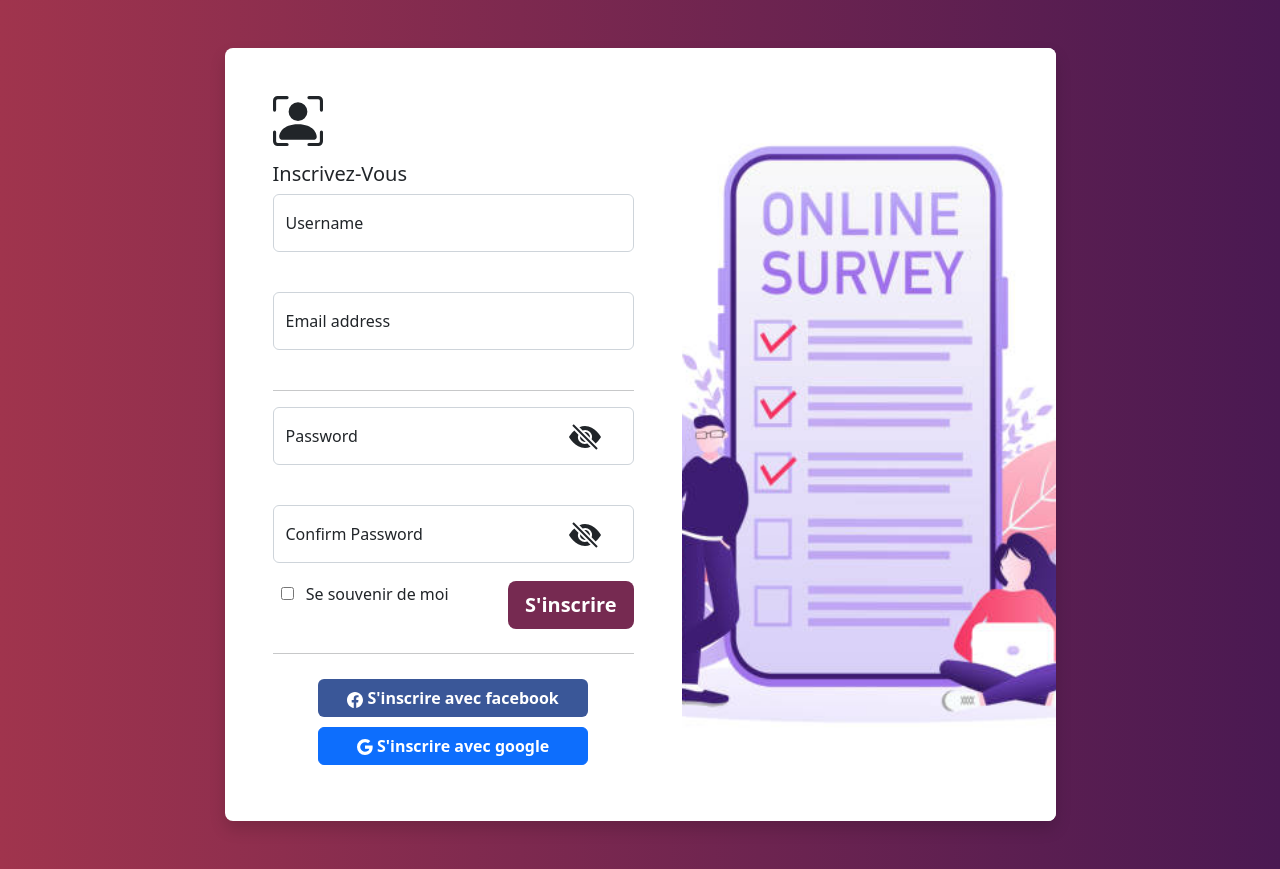
Repository: Djiamil/testsMoustaphaDER
Page: index.html
These files come from the project's save history. The page is drawn as it stood at one moment and after a run of saves; the edit follows.
The browser window is 1280 px wide. The pictures show the whole page.

Above is the page before, as saved 2022-12-09 09:50:09.

### index.html
<!DOCTYPE html>
<html lang="en">
<head>
    <meta charset="UTF-8">
    <meta http-equiv="X-UA-Compatible" content="IE=edge">
    <meta name="viewport" content="width=device-width, initial-scale=1.0">
    <title>Formulaire d'inscription Futur Digital</title>
    <link rel="stylesheet" href="https://cdn.jsdelivr.net/npm/bootstrap@5.2.3/dist/css/bootstrap.min.css" integrity="sha384-rbsA2VBKQhggwzxH7pPCaAqO46MgnOM80zW1RWuH61DGLwZJEdK2Kadq2F9CUG65" crossorigin="anonymous">
    <link rel="stylesheet" href="style.css">
</head>
<body>
    <div class="container">
        <div class="row">
          <div class="col-lg-10 col-xl-9 mx-auto">
            <div class="card flex-row my-5 border-0 shadow rounded-3 overflow-hidden">
                <div class="card-body p-4 p-sm-5">
                    <div class="d-flex flex-column">
                        <svg xmlns="http://www.w3.org/2000/svg" width="50" height="50" fill="currentColor" class="bi bi-person-bounding-box mb-3" viewBox="0 0 16 16">
                            <path d="M1.5 1a.5.5 0 0 0-.5.5v3a.5.5 0 0 1-1 0v-3A1.5 1.5 0 0 1 1.5 0h3a.5.5 0 0 1 0 1h-3zM11 .5a.5.5 0 0 1 .5-.5h3A1.5 1.5 0 0 1 16 1.5v3a.5.5 0 0 1-1 0v-3a.5.5 0 0 0-.5-.5h-3a.5.5 0 0 1-.5-.5zM.5 11a.5.5 0 0 1 .5.5v3a.5.5 0 0 0 .5.5h3a.5.5 0 0 1 0 1h-3A1.5 1.5 0 0 1 0 14.5v-3a.5.5 0 0 1 .5-.5zm15 0a.5.5 0 0 1 .5.5v3a1.5 1.5 0 0 1-1.5 1.5h-3a.5.5 0 0 1 0-1h3a.5.5 0 0 0 .5-.5v-3a.5.5 0 0 1 .5-.5z"/>
                            <path d="M3 14s-1 0-1-1 1-4 6-4 6 3 6 4-1 1-1 1H3zm8-9a3 3 0 1 1-6 0 3 3 0 0 1 6 0z"/>
                        </svg>
                        <h5 class="card-title  fw-light fs-5">Inscrivez-Vous</h5>
                    </div>
                    <form class="form" id="form">

                    <div class="form-floating mb-3">
                        <input type="text" class="form-control" id="username" placeholder="Username">
                        <label for="username">Username</label>
                        <small>Error message</small>
                    </div>

                    <div class="form-floating mb-3">
                        <input type="text" class="form-control" id="email" placeholder="Enter email">
                        <label for="floatingInputEmail">Email address</label>
                        <small>Error message</small>
                    </div>

                    <hr>

                    <div class="form-floating mb-3" >
                        <svg xmlns="http://www.w3.org/2000/svg" width="16" height="16" fill="currentColor" class="bi bi-eye-slash-fill" viewBox="0 0 16 16" id="eyes" >
                            <path d="m10.79 12.912-1.614-1.615a3.5 3.5 0 0 1-4.474-4.474l-2.06-2.06C.938 6.278 0 8 0 8s3 5.5 8 5.5a7.029 7.029 0 0 0 2.79-.588zM5.21 3.088A7.028 7.028 0 0 1 8 2.5c5 0 8 5.5 8 5.5s-.939 1.721-2.641 3.238l-2.062-2.062a3.5 3.5 0 0 0-4.474-4.474L5.21 3.089z"/>
                            <path d="M5.525 7.646a2.5 2.5 0 0 0 2.829 2.829l-2.83-2.829zm4.95.708-2.829-2.83a2.5 2.5 0 0 1 2.829 2.829zm3.171 6-12-12 .708-.708 12 12-.708.708z"/>
                        </svg>
                        <input type="password" class="form-control" id="password" placeholder="Enter password">

                        <label for="floatingPassword">Password</label>
                        <small>Error message</small>
                    </div>

                    <div class="form-floating mb-3">
                        <svg xmlns="http://www.w3.org/2000/svg" width="16" height="16" fill="currentColor" class="bi bi-eye-slash-fill" viewBox="0 0 16 16" id="eyes1">
                            <path d="m10.79 12.912-1.614-1.615a3.5 3.5 0 0 1-4.474-4.474l-2.06-2.06C.938 6.278 0 8 0 8s3 5.5 8 5.5a7.029 7.029 0 0 0 2.79-.588zM5.21 3.088A7.028 7.028 0 0 1 8 2.5c5 0 8 5.5 8 5.5s-.939 1.721-2.641 3.238l-2.062-2.062a3.5 3.5 0 0 0-4.474-4.474L5.21 3.089z"/>
                            <path d="M5.525 7.646a2.5 2.5 0 0 0 2.829 2.829l-2.83-2.829zm4.95.708-2.829-2.83a2.5 2.5 0 0 1 2.829 2.829zm3.171 6-12-12 .708-.708 12 12-.708.708z"/>
                        </svg>
                        <input type="password" class="form-control" id="password2" placeholder="Confirm your password">
                        <label for="floatingPasswordConfirm">Confirm Password</label>
                    </div>

                    <div class="d-grid mb-2 w-100 d-flex justify-content-between">
                        <div>
                            <input type="checkbox" value="" class="m-2">
                            Se souvenir de moi
                        </div>
                        <button class="btn btn-lg   fw-bold  mr-25" id="btninscription">S'inscrire</button>
                    </div>

                    <hr class="my-4">
                </form>
                <div class="d-flex justify-content-center flex-column align-items-center">
                    <div class="d-grid mb-2 w-75">
                        <button class="btn btn-facebook fw-bold ">
                            <svg xmlns="http://www.w3.org/2000/svg" width="16" height="16" fill="currentColor" class="bi bi-facebook" viewBox="0 0 16 16">
                                <path d="M16 8.049c0-4.446-3.582-8.05-8-8.05C3.58 0-.002 3.603-.002 8.05c0 4.017 2.926 7.347 6.75 7.951v-5.625h-2.03V8.05H6.75V6.275c0-2.017 1.195-3.131 3.022-3.131.876 0 1.791.157 1.791.157v1.98h-1.009c-.993 0-1.303.621-1.303 1.258v1.51h2.218l-.354 2.326H9.25V16c3.824-.604 6.75-3.934 6.75-7.951z"/>
                            </svg>
                            S'inscrire avec facebook
                        </button>
                    </div>
                    <div class="d-grid mb-2 w-75">
                        <button class="btn btn-primary fw-bold ">
                            <svg xmlns="http://www.w3.org/2000/svg" width="16" height="16" fill="currentColor" class="bi bi-google" viewBox="0 0 16 16">
                                <path d="M15.545 6.558a9.42 9.42 0 0 1 .139 1.626c0 2.434-.87 4.492-2.384 5.885h.002C11.978 15.292 10.158 16 8 16A8 8 0 1 1 8 0a7.689 7.689 0 0 1 5.352 2.082l-2.284 2.284A4.347 4.347 0 0 0 8 3.166c-2.087 0-3.86 1.408-4.492 3.304a4.792 4.792 0 0 0 0 3.063h.003c.635 1.893 2.405 3.301 4.492 3.301 1.078 0 2.004-.276 2.722-.764h-.003a3.702 3.702 0 0 0 1.599-2.431H8v-3.08h7.545z"/>
                              </svg> S'inscrire avec google
                        </button>
                    </div>
                </div>
                </div>
                <div class="card-img-left d-none d-md-flex">
                    <!-- Place de l'image qui est a gauche seter dans le css!-->
                  </div>
            </div>
        </div>
    </div>
<script src="https://cdn.jsdelivr.net/npm/bootstrap@5.2.3/dist/js/bootstrap.min.js" integrity="sha384-cuYeSxntonz0PPNlHhBs68uyIAVpIIOZZ5JqeqvYYIcEL727kskC66kF92t6Xl2V" crossorigin="anonymous"></script>
<script src="script.js"></script>
</body>
</html>

### style.css
@import url('https://fonts.googleapis.com/css2?family=Open+Sans:wght@300&display=swap');
:root{
  --success-color: #2ecc71;
  --error-color: #e74c3c;
}
body {
    background: #a0344d;
    background: linear-gradient(to right, #a0344d, #4a1952);
  }

  .card-img-left {
    width: 45%;
    /* Link to your background image using in the property below! */
    background: scroll center url('./image/ins.jpg');
    background-size: cover;
  }

  /* .btn-login {
    font-size: 0.9rem;
    letter-spacing: 0.05rem;
    padding: 0.75rem 1rem;
  } */

  /* .btn-google {
    color: white !important;
    background-color: #2297f4;
  } */

  .btn-facebook {
    color: white !important;
    background-color: #3a5798;
  }
  .form-floating input:focus{
    outline: 0;
    border-color: #777;
}

.form-floating.success input{
    border-color: var(--success-color);
    margin: 2rem;
}

.form-floating.error input{
    border-color: var(--error-color);
}

  .form-floating small{
    color: var(--error-color);
    bottom: 0;
    left: 0;
    visibility: hidden;
}

.form-floating.error small{
    visibility: visible;
}
button{
  position:relative;
  margin-top: 0.1rem;
}
#btninscription{
  background-color: #762a51;
  color: white;
}
#eyes{
  float: right;
  position:absolute;
  margin-top: 4%;
  margin-left: 80%;
  width: 3rem;
  height: 2rem;
  /* position: absolute; */
  /* margin-bottom: 6rem; */
  /* margin-top: 3rem; */
}
#eyes1{
  float: right;
  position:absolute;
  margin-top: 4%;
  margin-left: 80%;
  width: 3rem;
  height: 2rem;
  /* position: absolute; */
  /* margin-bottom: 6rem; */
  /* margin-top: 3rem; */
}

### script.js
const form = document.getElementById('form');
const username = document.getElementById('username');
const email = document.getElementById('email');
const password = document.getElementById('password');
const password2 = document.getElementById('password2');
const eyes = document.getElementById('eyes');
const eyes1 = document.getElementById('eyes1');
e=true;
e1=true;
eyes.addEventListener("click", function(){
    if(e){
        password.setAttribute("type", "test")
        e=false;
    }
    });
    eyes1.addEventListener("click", function(){
        if(e1){
            password2.setAttribute("type", "test")
            e1=false;
        }
    });
function checkpassword(input){
    var regularExpression  = /^[a-zA-Z0-9!@#$%^&*]{6,16}$/;
    if (regularExpression.test(input.value)) {
        showSuccess(input);
    } else {
        showError(input,`password is not valid!`);
    }
}

function changer(){
    alert('ok');
    if(e){
        password.setAttribute("type", "test")
        e=false;
    }
}

function showError(input, message) {//Afficher les messages d'erreur
    const formControl = input.parentElement;
    formControl.className = 'form-floating error';
    const small = formControl.querySelector('small');
    small.innerText = message;
}

function showSuccess(input) {
    const formControl = input.parentElement;
    formControl.className = 'form-floating success';
}

function checkEmail(input) {//Tester si l'email est valide :  javascript : valid email
    const re = /^(([^<>()\[\]\\.,;:\s@"]+(\.[^<>()\[\]\\.,;:\s@"]+)*)|(".+"))@((\[[0-9]{1,3}\.[0-9]{1,3}\.[0-9]{1,3}\.[0-9]{1,3}\])|(([a-zA-Z\-0-9]+\.)+[a-zA-Z]{2,}))$/;

    if (re.test(input.value.trim().toLowerCase())) {
        showSuccess(input);
    } else {
        showError(input,`Email is not valid!`);
    }
}

function checkRequired(inputArray) {// Tester si les champs ne sont pas vides
    inputArray.forEach(input => {
        if (input.value.trim() === '') {
            showError(input,`${getFieldName(input)} is required`);
        }else{
            showSuccess(input);
        }
    });
}

//
function getFieldName(input) {//Retour le nom de chaque input en se basant sur son id
    return input.id.charAt(0).toUpperCase() + input.id.slice(1);
}
//

//
function checkLength(input, min, max) {//Tester la longueur de la valeur  d'un input
    if(input.value.length < min){
        showError(input, `${getFieldName(input)} must be at least ${min} characters!`)
    }else if(input.value.length > max){
        showError(input, `${getFieldName(input)} must be less than ${max} characters !`);
    }else{
        showSuccess(input);
    }
}
//
function checkPasswordMatch(input1, input2) {//Verifie la conformité des password
    if (input1.value !== input2.value) {
        showError(input2, 'Passwords do not match!');
    }
}

form.addEventListener('submit',function(e){
    e.preventDefault();//Bloquer la soumission du formulaire

    checkpassword(password)
    checkRequired([username, email, password, password2]);
    //
    checkLength(username, 3, 15);
    checkLength(password, 10, 25);
    checkEmail(email);
    checkPasswordMatch(password,password2);


    /*
    function isValidEmail(email) {//Tester si l'email est valide
    const re = /^(([^<>()\[\]\\.,;:\s@"]+(\.[^<>()\[\]\\.,;:\s@"]+)*)|(".+"))@((\[[0-9]{1,3}\.[0-9]{1,3}\.[0-9]{1,3}\.[0-9]{1,3}\])|(([a-zA-Z\-0-9]+\.)+[a-zA-Z]{2,}))$/;
    return re.test(String(email).toLowerCase());
}
*/
});

After the next 2 saves:
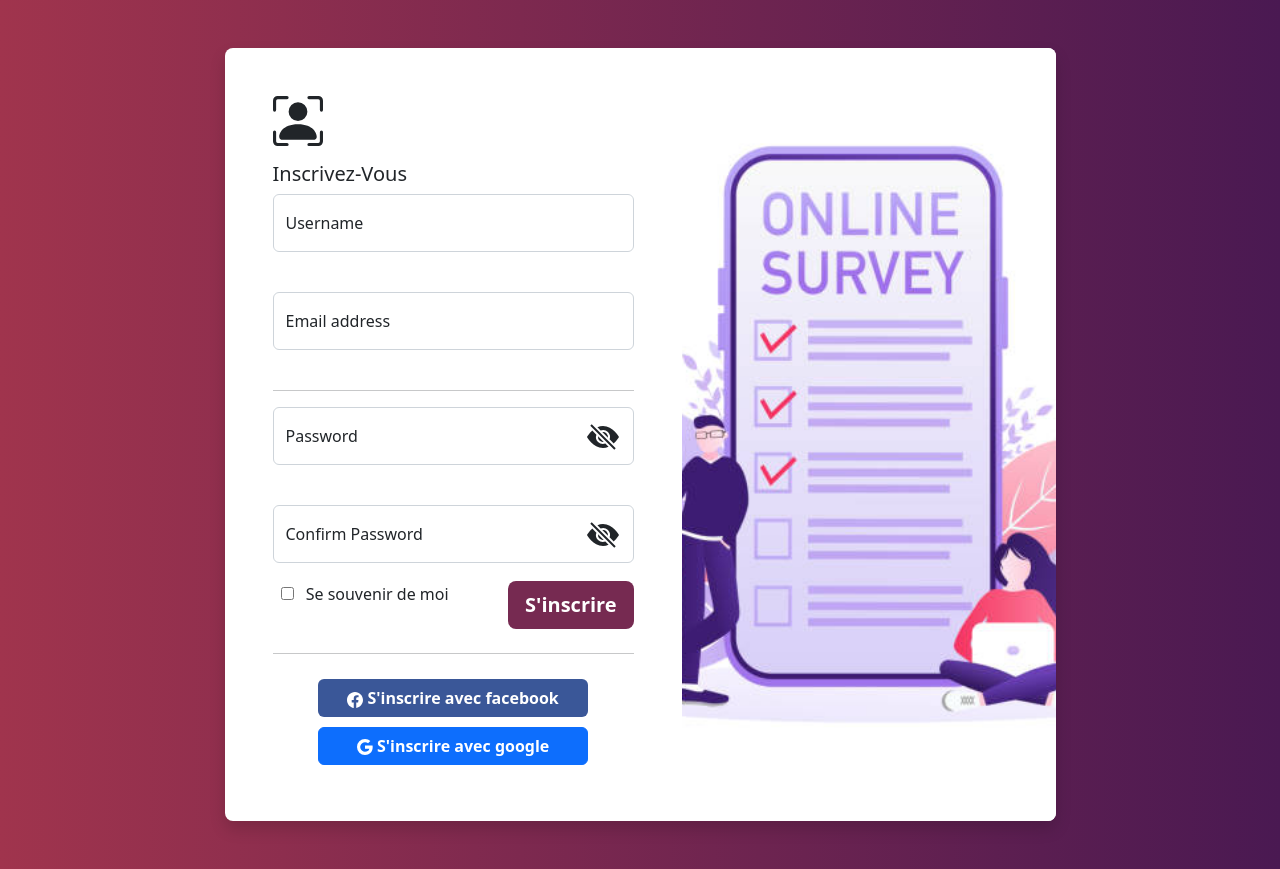
The 2 saves are shown as one change because they came seconds apart.
The last was saved 30 s later.
--- a/style.css
+++ b/style.css
@@ -66,7 +66,7 @@ button{
   float: right;
   position:absolute;
   margin-top: 4%;
-  margin-left: 80%;
+  margin-left: 85%;
   width: 3rem;
   height: 2rem;
   /* position: absolute; */
@@ -77,7 +77,7 @@ button{
   float: right;
   position:absolute;
   margin-top: 4%;
-  margin-left: 80%;
+  margin-left: 85%;
   width: 3rem;
   height: 2rem;
   /* position: absolute; */
